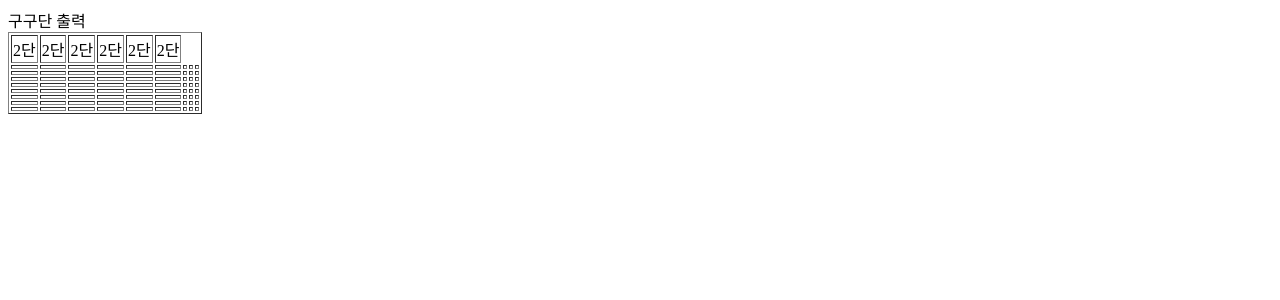
Repository: parkmyounghoi/20201113
Page: http://localhost/20201109/ex0501.jsp
These files come from the project's save history. The page is drawn as it stood at one moment and after the next save; the edit follows.
The browser window is 1280 px wide. The pictures show the whole page.
The page is served by Tomcat 9.

Above is the page before, as saved 2020-11-09 02:23:32.

### 20201109/WebContent/ex0501.jsp
<%@ page language="java" contentType="text/html; charset=UTF-8"
    pageEncoding="UTF-8"%>
<!DOCTYPE html>
<html>
<head>
<meta charset="UTF-8">
<title>Insert title here</title>
</head>
<body>
구구단 출력
<table border="1">
	<tr>
		<td>2단</td><td>2단</td><td>2단</td><td>2단</td><td>2단</td><td>2단</td>
	</tr>
<%
	for(int i = 2; i<10; i++){
		out.println("<tr>");
		for(int j = 1; j<10; j++){
			out.println("<td>"+"</td>");
		}
		out.println("</tr>");
	}
%>
</table>
</body>
</html>

After the next save:
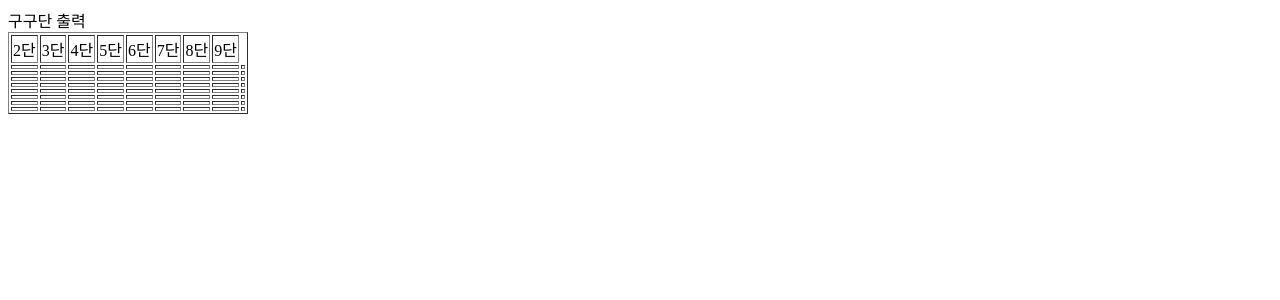
Saved 16 s later.
--- a/20201109/WebContent/ex0501.jsp
+++ b/20201109/WebContent/ex0501.jsp
@@ -10,7 +10,8 @@
 구구단 출력
 <table border="1">
 	<tr>
-		<td>2단</td><td>2단</td><td>2단</td><td>2단</td><td>2단</td><td>2단</td>
+		<td>2단</td><td>3단</td><td>4단</td><td>5단</td>
+		<td>6단</td><td>7단</td><td>8단</td><td>9단</td>
 	</tr>
 <%
 	for(int i = 2; i<10; i++){
